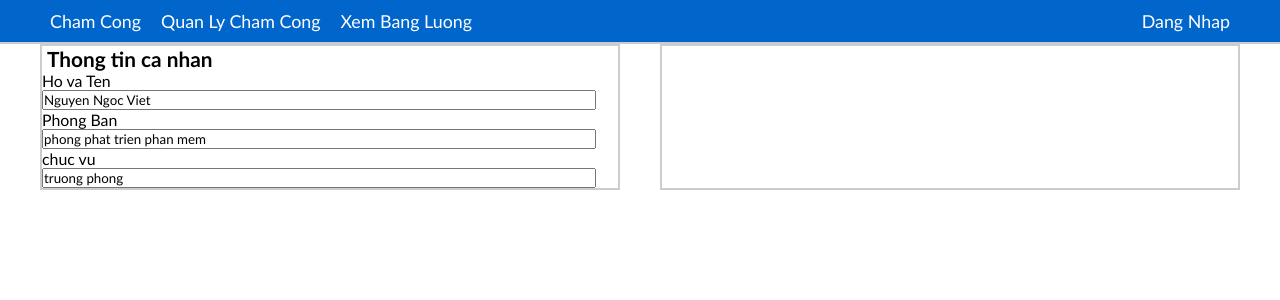
Repository: LDDUNG2003/a
Page: payroll.html
An editor plug-in stored every save of this project. The page is shown before and after the next save, followed by the edit.
The browser window is 1280 px wide. The pictures show the whole page.

Above is the page before, as saved 2023-10-15 12:35:08.

After the next save:
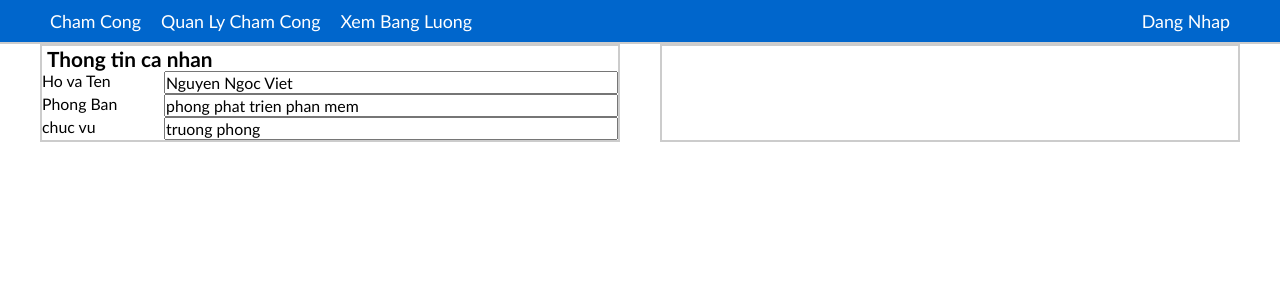
Saved 36 s later.
--- a/controlView/css/payfoll.css
+++ b/controlView/css/payfoll.css
@@ -25,5 +25,6 @@
 }
 
 .infomation--input {
-    width: 550px;
+    width: 450px;
+    font-size: 1.6rem;
 }
